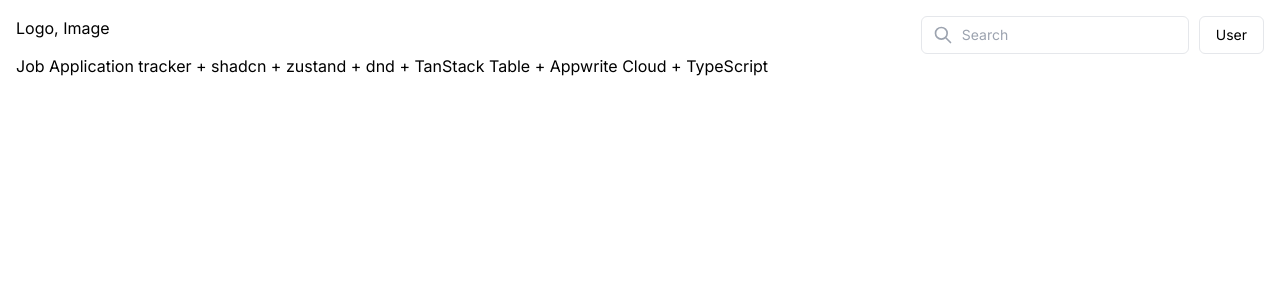
Repository: Vasil1001/job-applications-tracker-nextjs
Page: /
An editor plug-in stored every save of this project. The page is shown before and after the next save, followed by the edit.
The browser window is 1280 px wide. The pictures show the whole page.
The project was rebuilt for these pictures with package versions that can differ from the ones it lists, and the page was loaded fresh each time. The framework's server and built-in components were replaced by stand-ins that run in the browser. Also part of the build but not shown: next.config.js.

Above is the page before, as saved 2023-06-24 15:37:17.

### app/layout.tsx
import "./globals.css";
import { Inter } from "next/font/google";

const inter = Inter({ subsets: ["latin"] });

export const metadata = {
  title: "Job Tracker",
  description: "Generated by create next app",
};

export default function RootLayout({
  children,
}: {
  children: React.ReactNode;
}) {
  return (
    <html lang="en">
      <body suppressHydrationWarning={true} className={inter.className}>{children}</body>
    </html>
  );
}

### app/page.tsx
import Header from "@/components/Header";
import Image from "next/image";

export default function Home() {
  return (
    <main className="flex min-h-screen min-w-screen flex-col justify-between p-4">
      {/* Header Component */}
      <Header />

      {/* Board dnd Component */}

    </main>
  );
}

### components/Header.tsx
import { Search } from "lucide-react";
import React from "react";
import SearchBar from "./navbar/SearchBar";

export default function Header() {
  return (
    <div>
      <div className="flex justify-between">
        <div>Logo, Image </div>
        <div className="flex gap-2.5">
          <SearchBar/>
          <button className="py-2 px-4 text-black border focus-visible:outline-none focus-visible:ring-1 focus:ring-gray-400 bg-white border-gray-200 sm:text-sm rounded-md hover:border-gray-300 ">
            User
          </button>
        </div>
      </div>

      <h1>
        Job Application tracker + shadcn + zustand + dnd + TanStack Table +
        Appwrite Cloud + TypeScript
      </h1>
    </div>
  );
}

### components/navbar/SearchBar.tsx
import React from "react";
import { Input } from "@/components/ui/input"
export default function SearchBar() {
  return (
    <div className="relative">
    <span className="absolute inset-y-0 left-0 flex items-center pl-3">
      <svg
        className="w-5 h-5 text-gray-400"
        viewBox="0 0 24 24"
        fill="none"
      >
        <path
          d="M21 21L15 15M17 10C17 13.866 13.866 17 10 17C6.13401 17 3 13.866 3 10C3 6.13401 6.13401 3 10 3C13.866 3 17 6.13401 17 10Z"
          stroke="currentColor"
          strokeWidth="2"
          strokeLinecap="round"
          strokeLinejoin="round"
        ></path>
      </svg>
    </span>

    <input
      type="text"
      className="w-full py-2 pl-10 pr-4 border focus-visible:outline-none focus-visible:ring-1 focus:ring-gray-400 text-black bg-white border-gray-200 sm:text-sm rounded-md hover:border-gray-300 placeholder:text-gray-400 focus:placeholder:text-gray-500"
      placeholder="Search"
    />
  </div>
  );
}

### components/ui/input.tsx
import * as React from "react"

import { cn } from "@/lib/utils"

export interface InputProps
  extends React.InputHTMLAttributes<HTMLInputElement> {}

const Input = React.forwardRef<HTMLInputElement, InputProps>(
  ({ className, type, ...props }, ref) => {
    return (
      <input
        type={type}
        className={cn(
          "flex h-10 w-full rounded-md border border-slate-200 border-slate-200 bg-white px-3 py-2 text-sm ring-offset-white file:border-0 file:bg-transparent file:text-sm file:font-medium placeholder:text-slate-500 focus-visible:outline-none focus-visible:ring-2 focus-visible:ring-slate-400 focus-visible:ring-offset-2 disabled:cursor-not-allowed disabled:opacity-50 dark:border-slate-800 dark:border-slate-800 dark:bg-slate-950 dark:ring-offset-slate-950 dark:placeholder:text-slate-400 dark:focus-visible:ring-slate-800",
          className
        )}
        ref={ref}
        {...props}
      />
    )
  }
)
Input.displayName = "Input"

export { Input }

Loaded but not shown: app/globals.css (common file); tailwind.config.js (common file); lib/utils.ts (common file)

After the next save:
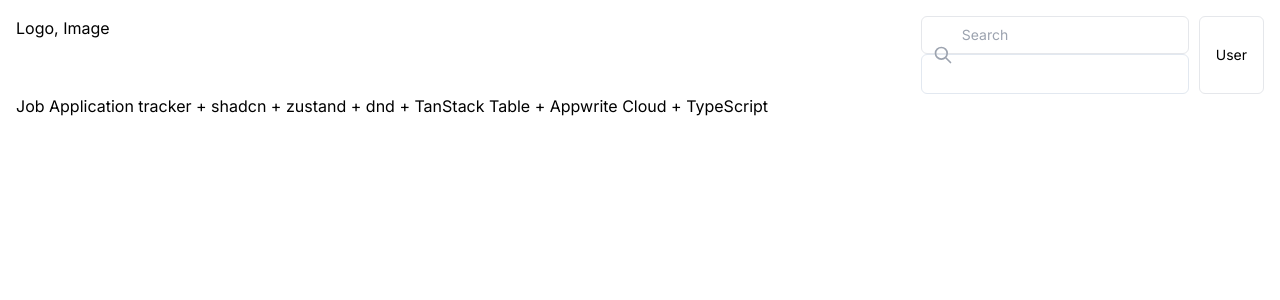
Saved 7 s later.
--- a/components/navbar/SearchBar.tsx
+++ b/components/navbar/SearchBar.tsx
@@ -24,6 +24,7 @@
       className="w-full py-2 pl-10 pr-4 border focus-visible:outline-none focus-visible:ring-1 focus:ring-gray-400 text-black bg-white border-gray-200 sm:text-sm rounded-md hover:border-gray-300 placeholder:text-gray-400 focus:placeholder:text-gray-500"
       placeholder="Search"
     />
+    <Input />
   </div>
   );
 }

After the save that followed:
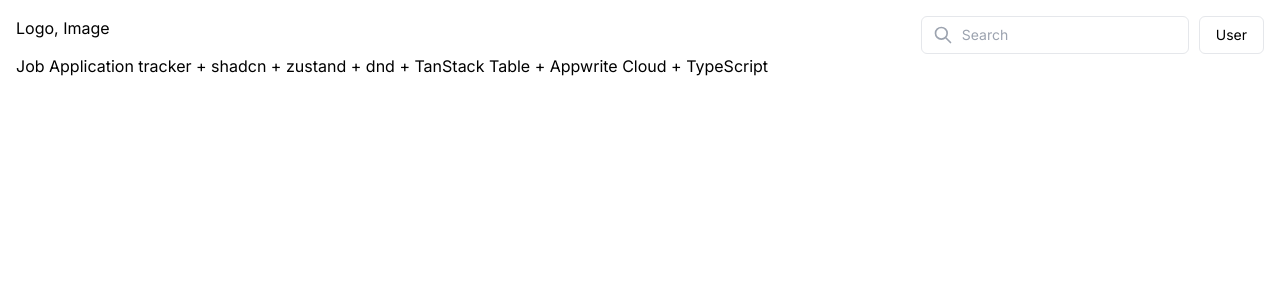
Saved 5 s later.
--- a/components/navbar/SearchBar.tsx
+++ b/components/navbar/SearchBar.tsx
@@ -24,7 +24,7 @@
       className="w-full py-2 pl-10 pr-4 border focus-visible:outline-none focus-visible:ring-1 focus:ring-gray-400 text-black bg-white border-gray-200 sm:text-sm rounded-md hover:border-gray-300 placeholder:text-gray-400 focus:placeholder:text-gray-500"
       placeholder="Search"
     />
-    <Input />
+
   </div>
   );
 }
